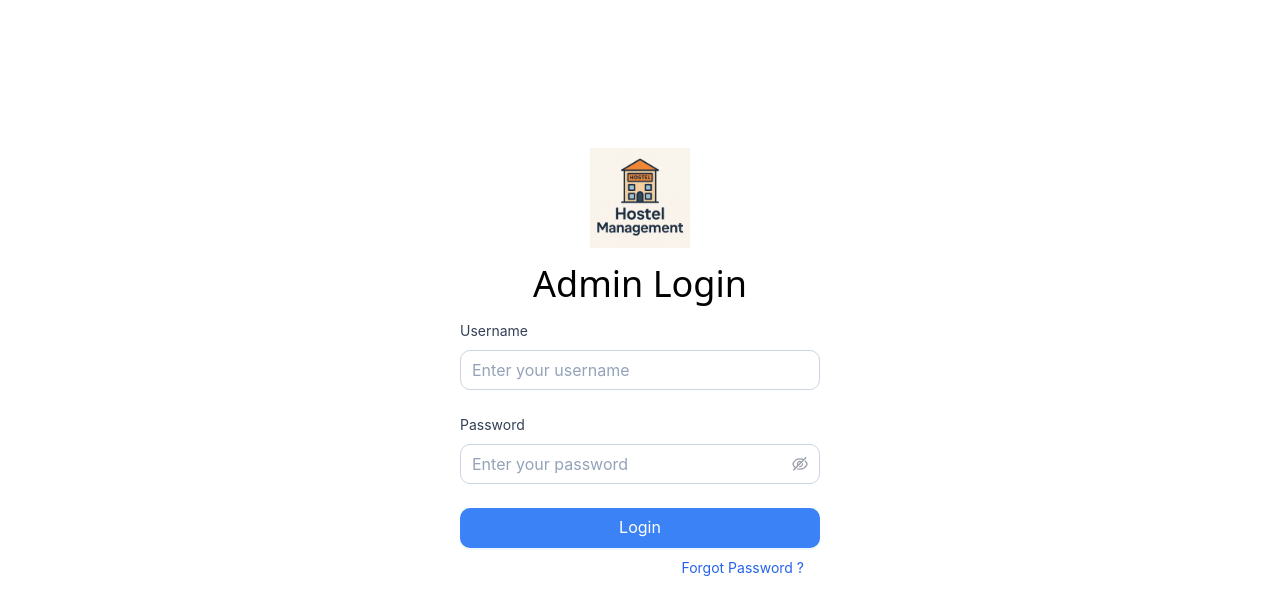
Repository: sujal984/Hostel-Management-System
Page: /Admin/accepted-applications (app in frontend/)
An editor plug-in stored every save of this project. The page is shown before and after the next save, followed by the edit.
The browser window is 1280 px wide. The pictures show the whole page.
The project was rebuilt for these pictures with package versions that can differ from the ones it lists, and the page was loaded fresh each time. Also part of the build but not shown: frontend/vite.config.js, frontend/src/components/Acceptedapplication.jsx, frontend/src/components/AdminDashboard.jsx, frontend/src/components/StepForms.jsx, frontend/src/components/ApplicationForm.jsx, frontend/src/components/TrackStatus.jsx, frontend/src/components/Temporary.jsx, frontend/src/components/ApplicationDetail.jsx and 2 more.

Above is the page before, as saved 2025-08-02 17:24:12.

### frontend/index.html
<!DOCTYPE html>
<html lang="en">
  <head>
    <meta charset="UTF-8" />
    <link
      rel="icon"
      type="image/svg+xml"
      href="/ChatGPT Image May 22, 2025, 12_02_14 PM.png"
    />
    <meta name="viewport" content="width=device-width, initial-scale=1.0" />
    <title>Hostel Management</title>
  </head>
  <body>
    <div id="root"></div>
    <script type="module" src="/src/main.jsx"></script>
  </body>
</html>

### frontend/src/main.jsx
import { createRoot } from "react-dom/client";
import { FormProvider } from "./components/FormContext.jsx";
import theme from "./theme.json";
import { ConfigProvider } from "antd";
import "./index.css";
import App from "./App.jsx";
import { BrowserRouter } from "react-router-dom";
import "@ant-design/v5-patch-for-react-19";
createRoot(document.getElementById("root")).render(
  <BrowserRouter>
    <ConfigProvider theme={theme}>
      <FormProvider>
        <App />
      </FormProvider>
    </ConfigProvider>
  </BrowserRouter>
);

### frontend/src/components/FormContext.jsx
// src/context/FormContext.jsx
import { createContext, useContext, useState } from "react";

const FormContext = createContext();

export const useFormContext = () => useContext(FormContext);

export const FormProvider = ({ children }) => {
  const [formData, setFormData] = useState({});
  const resetForm = () => setFormData({});

  return (
    <FormContext.Provider value={{ formData, setFormData, resetForm }}>
      {children}
    </FormContext.Provider>
  );
};

### frontend/src/theme.json
{
  "token": {
    "colorPrimary": "#3b82f6",
    "colorInfo": "#2563eb",
    "colorSuccess": "#22c55e",
    "colorWarning": "#facc15",
    "colorError": "#ef4444",

    "colorTextBase": "#1e293b",
    "colorBgBase": "#f8fafc",
    "colorBgContainer": "#ffffff",

    "fontFamily": "Inter, -apple-system, BlinkMacSystemFont, Segoe UI, Roboto, Helvetica Neue, Arial, sans-serif",
    "fontSize": 14,

    "borderRadius": 8,
    "colorBorder": "#e2e8f0",
    "colorTextPlaceholder": "#94a3b8"
  },

  "components": {
    "Button": {
      "controlHeight": 40,
      "colorPrimaryHover": "#2563eb",
      "colorPrimaryActive": "#1d4ed8"
    },
    "Table": {
      "colorBgContainer": "#ffffff",
      "colorBorderSecondary": "#e5e7eb",
      "headerBg": "#f1f5f9",
      "headerColor": "#0f172a"
    },
    "Form": {
      "labelColor": "#334155",
      "colorText": "#1e293b"
    },
    "Input": {
      "controlHeight": 50,
      "paddingInline": 16,
      "paddingBlock": 10,
      "borderRadius": 10,
      "colorBgContainer": "#ffffff",
      "colorBorder": "#cbd5e1",
      "colorText": "#0f172a"
    },
    "Steps": {
      "colorPrimary": "#3b82f6",
      "colorSplit": "#e2e8f0"
    },
    "Result": {
      "titleFontSize": 24,
      "subtitleFontSize": 16,
      "colorText": "#334155"
    },
    "Link": {
      "colorText": "#2563eb",
      "colorTextHover": "#1d4ed8",
      "colorTextActive": "#1e40af"
    },
    "Card": {
      "colorBgContainer": "#ffffff",
      "boxShadow": "0 4px 12px rgba(0, 0, 0, 0.05)",
      "borderRadius": 12,
      "padding": 24,
      "headerFontSize": 18,
      "colorTextHeading": "#0f172a"
    }
  }
}

### frontend/src/index.css
* {
  margin: 0;
  padding: 0;
}
@import "tailwindcss";

### frontend/src/App.jsx
import ProtectedRoute from "./components/ProtectedRoute";

import { WithHelmet } from "./helper/WithHelmet";
import { Routes, Route, Navigate } from "react-router-dom";
import { ROUTES } from "./constant/ROUTE";
import Page404 from "./components/Page404";
// import "./App.css";

function App() {
  const isAdminLoggedIn = localStorage.getItem("admin_logged_in") === "true";

  return (
    <Routes>
      {Object.values(ROUTES).map((route) => {
        const withHelmetComponent = WithHelmet(route.component, route.title);
        const Component = withHelmetComponent;

        // console.log(route.title);

        if (route.path === "/Admin/login") {
          // If logged in and on /Admin/login, redirect manually to dashboard
          if (isAdminLoggedIn) {
            return (
              <Route
                key={route.path}
                path={route.path}
                element={<Navigate to="/Admin/dashboard" replace />}
              />
            );
          } else {
            return (
              <Route
                key={route.path}
                path={route.path}
                element={<Component title={route.title} />}
              />
            );
          }
        }

        if (
          route.path === "/Admin/dashboard" ||
          (route.path.startsWith("/Admin/") && route.path !== "/Admin/login")
        ) {
          return (
            <Route
              key={route.path}
              path={route.path}
              element={
                <ProtectedRoute>
                  <Component title={route.title} />
                </ProtectedRoute>
              }
            />
          );
        }

        return (
          <Route
            key={route.path}
            path={route.path}
            element={<Component title={route.title} />}
          />
        );
      })}

      <Route path="*" element={<Page404 />} />
    </Routes>
  );
}

export default App;

### frontend/src/components/ProtectedRoute.jsx
import { Navigate } from "react-router-dom";

function ProtectedRoute({ children }) {
  const isAdminLoggedIn = localStorage.getItem("admin_logged_in") === "true";

  return isAdminLoggedIn ? children : <Navigate to="/Admin/login" replace />;
}

export default ProtectedRoute;

### frontend/src/helper/WithHelmet.jsx
import { Helmet } from "react-helmet";

// Higher-Order Component with Helmet
export function WithHelmet(Component, title) {
  return function WrappedComponent(props) {
    return (
      <>
        <Helmet>
          <title>{title}</title>
        </Helmet>
        <Component {...props} />
      </>
    );
  };
}

### frontend/src/constant/ROUTE.js
import AcceptedApplication from "../components/Acceptedapplication";
import AdminDashboard from "../components/AdminDashboard";
import AdminLogin from "../components/AdminLogin";
import ApplicationForm from "../components/ApplicationForm";
import TrackStatus from "../components/TrackStatus";
import Temporary from "../components/Temporary";
import ApplicationDetail from "../components/ApplicationDetail";
import ForgotPassword from "../components/ForgotPassword";

export const ROUTES = {
  ApplicationForm: {
    path: "/",
    component: ApplicationForm,
    title: "Application Form",
    heading: "Application Form",
  },
  AdminLogin: {
    path: "/Admin/login",
    component: AdminLogin,
    title: "Admin Login",
    heading: "Admin Login",
    description: "Its a  admin login page",
  },
  ForgotPassword: {
    path: "/Admin/forgot",
    component: ForgotPassword,
    title: "Forgot Password",
  },
  Tracking: {
    path: "/User/Application/status",
    component: TrackStatus,
    title: "Application Tracking",
    heading: "Application Tracking",
  },

  Admin_Dashborad: {
    path: "/Admin/dashboard",
    component: AdminDashboard,
    title: "Admin Dashboard",
    heading: "Admin Dashboard",
  },
  Accepted_Applications: {
    path: "/Admin/accepted-applications",
    component: AcceptedApplication,
    title: "Accepted Applications",
    heading: "Accepted Applications",
  },
  Application_Detail: {
    path: `/Admin/Application/detail/:id`,
    component: ApplicationDetail,
    title: "Application Detail",
    heading: "Application Detail",
  },
  Temporary: {
    path: "/temporary",
    component: Temporary,
    title: "Temporary",
    heading: "Temporary",
  },
};

### frontend/src/components/AdminLogin.jsx
import { Button, Form, Card, Typography, message } from "antd";
import FormItem from "antd/es/form/FormItem";
import Input from "antd/es/input/Input";
import { useState, useEffect } from "react";
import { Result } from "antd";

import { Endpoint } from "../constant/Endpoint";
import axios from "axios";
import { useNavigate } from "react-router-dom";
import { ROUTES } from "../constant/ROUTE";

function AdminLogin() {
  const [showResult, setShowResult] = useState(false);
  const [form] = Form.useForm();
  const navigate = useNavigate();
  useEffect(() => {
    if (localStorage.getItem("admin_logged_in") === "true") {
      navigate("/Admin/dashboard");
    }
  }, [navigate]);
  const handleLogin = async (values) => {
    console.log("run");
    try {
      const response = await axios.post(
        `${import.meta.env.VITE_API_URL}${Endpoint.adminlogin}`,
        {
          User_Name: values.User_Name,
          Password: values.Password,
        }
      );
      if (response.data && response.data.message === "Login successful") {
        message.success("Login successful");
        localStorage.setItem("admin_logged_in", "true");
        navigate("/Admin/dashboard");
      } else {
        setShowResult(true);

        localStorage.removeItem("admin_logged_in");
      }
    } catch (error) {
      setShowResult(true);
      console.log(error);
      localStorage.removeItem("admin_logged_in");
    }
  };
  const handleTryAgain = () => {
    setShowResult(false);
    form.resetFields();
  };
  return (
    <>
      <div className="h-screen flex justify-center items-center ">
        <div className=" md:min-w-[400px] !p-5">
          {showResult ? (
            <Result
              status="error"
              title="Login Failed"
              subTitle="Invalid username or password."
              extra={[
                <Button type="primary" key="tryagain" onClick={handleTryAgain}>
                  Try Again
                </Button>,
              ]}
            />
          ) : (
            <>
              <div className="flex justify-center">
                <img
                  src="/ChatGPT Image May 22, 2025, 12_02_14 PM.png"
                  className="w-[100px] h-[100px]"
                />
              </div>
              <h1 className="text-4xl text-center font-medium !m-4">
                Admin Login
              </h1>
              <Form
                layout="vertical"
                onFinish={handleLogin}
                requiredMark={false}
                form={form}
              >
                <FormItem
                  label="Username"
                  name="User_Name"
                  rules={[
                    { required: true, message: "Please Enter Your Username" },
                  ]}
                >
                  <Input placeholder="Enter your username" size="large" />
                </FormItem>
                <FormItem
                  label="Password"
                  name="Password"
                  rules={[
                    { required: true, message: "Please Enter Your Password" },
                  ]}
                >
                  <Input.Password
                    placeholder="Enter your password"
                    size="large"
                  />
                </FormItem>
                <FormItem className="!relative">
                  <Button
                    htmlType="submit"
                    type="primary"
                    size="large"
                    className="!w-full"
                  >
                    Login
                  </Button>
                  <Button
                    type="link"
                    href={ROUTES.ForgotPassword}
                    className="!absolute top-10 right-0"
                  >
                    Forgot Password ?
                  </Button>
                </FormItem>
              </Form>
            </>
          )}
        </div>
      </div>
    </>
  );
}

export default AdminLogin;

### frontend/src/constant/Endpoint.js
export const Endpoint = {
  submitapplication: "/submit-application/",
  fetchapplications: "/fetch-applications/",
  deleteapplication: "/delete-application/",
  acceptedapplications: "/fetch-accepted-applications/",
  trackStatus: "/get-status/",
  roomallocation: "/allocate-room/",
  applicationupdatestatus: "/update-status/",
  availablerooms: "/available-rooms/",
  adminlogin: "/login/",
  applicationdetail: "/application",
};

After the next save:
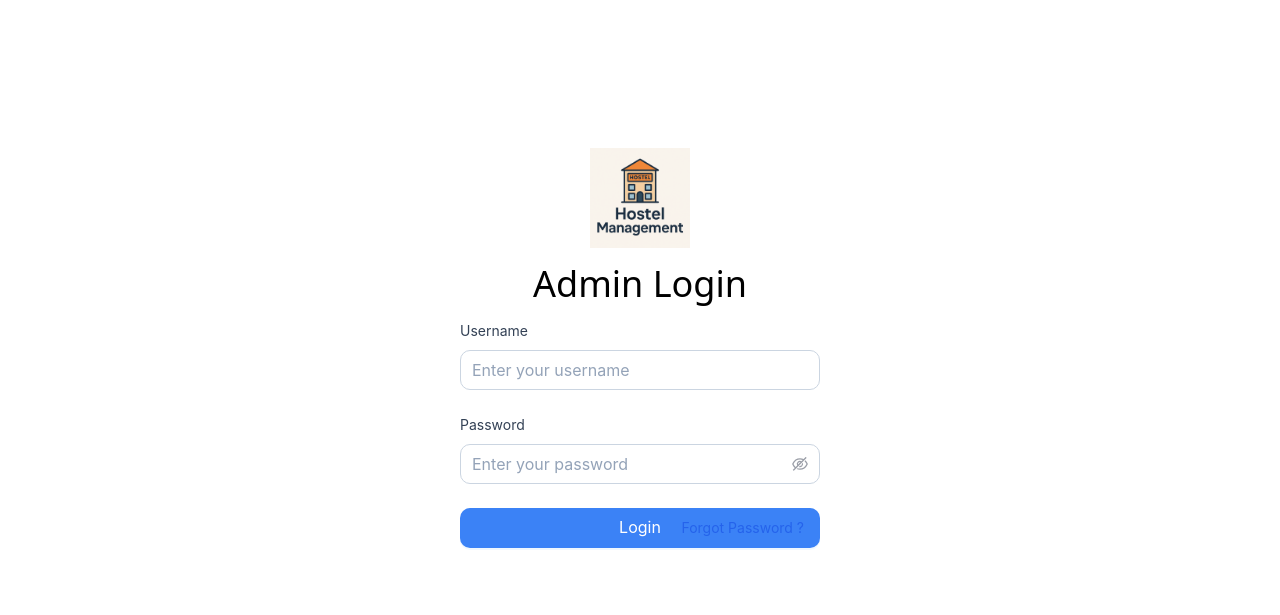
Saved 18 s later.
--- a/frontend/src/components/AdminLogin.jsx
+++ b/frontend/src/components/AdminLogin.jsx
@@ -112,7 +112,7 @@ function AdminLogin() {
                   <Button
                     type="link"
                     href={ROUTES.ForgotPassword}
-                    className="!absolute top-10 right-0"
+                    className="!absolute top-[-10] right-0"
                   >
                     Forgot Password ?
                   </Button>
